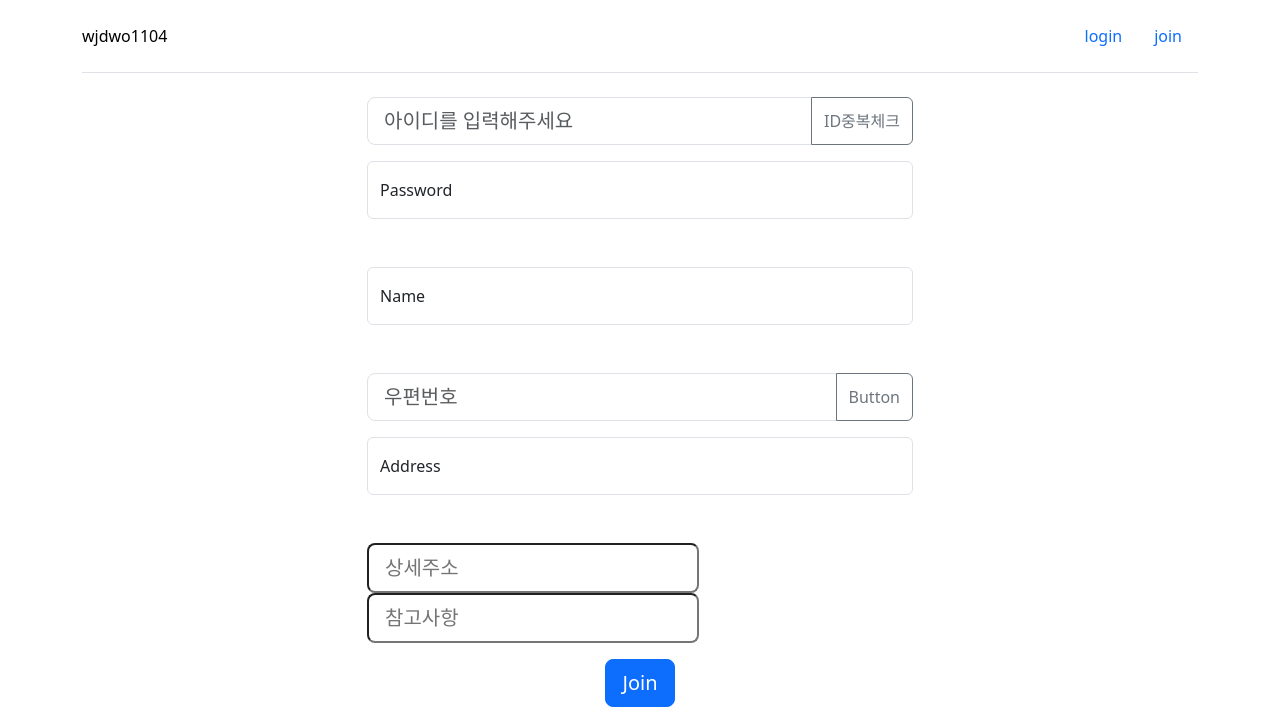
Repository: gain00/lecture1
Page: http://localhost/db-connect/join-form.jsp
These files come from the project's save history. The page is drawn as it stood at one moment and after the next save; the edit follows.
The browser window is 1280 px wide. The pictures show the whole page.
The page is served by Tomcat 9.

Above is the page before, as saved 2023-06-08 05:03:54.

After the next save:
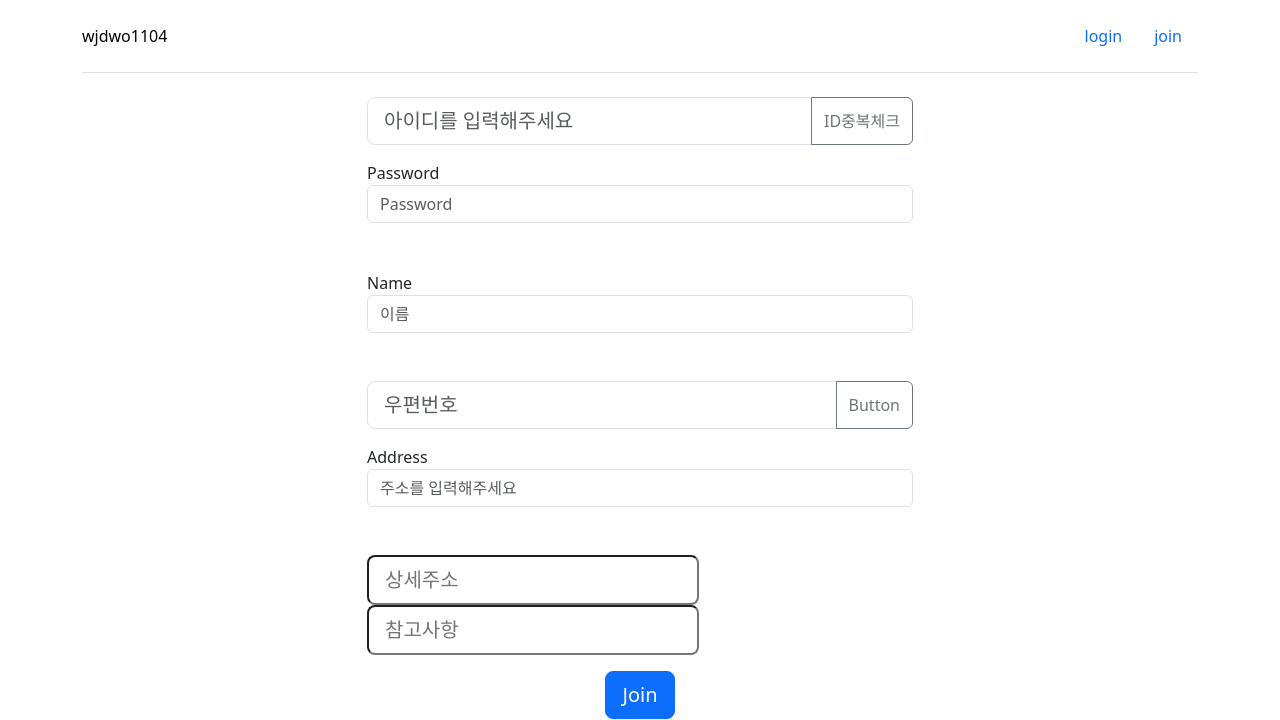
Saved 11 min 26 s later.
--- a/db-connect/src/main/webapp/join-form.jsp
+++ b/db-connect/src/main/webapp/join-form.jsp
@@ -10,13 +10,13 @@
           <button class="btn btn-outline-secondary" type="button" id="btnIdCheck">ID중복체크</button>
         </div>
 
-        <div class="form-floating mb-5">
+        <div class="mb-5"><label for="floatingPassword">Password</label>
           <input type="password" class="form-control" name="userPw" id="floatingPassword" placeholder="Password" />
-          <label for="floatingPassword">Password</label>
+
         </div>
-        <div class="form-floating mb-5">
+        <div class="mb-5"> <label for="floatingName">Name</label>
           <input type="text" class="form-control" name="userName" id="floatingName" placeholder="이름" />
-          <label for="floatingName">Name</label>
+
         </div>
 
         <div class="input-group mb-3">
@@ -24,9 +24,10 @@
           <button class="btn btn-outline-secondary" type="button" id="button-addon2" onclick="searchZonecode()">Button</button>
         </div>
 
-        <div class="form-floating mb-5">
+        <div class="mb-5">
+        <label for="floatingAddress">Address</label>
           <input type="text" class="form-control address" name="userAddress" id="floatingAddress" placeholder="주소를 입력해주세요" />
-          <label for="floatingAddress">Address</label>
+
         </div>
         <div class="row mb-3">
           <div class="col">
